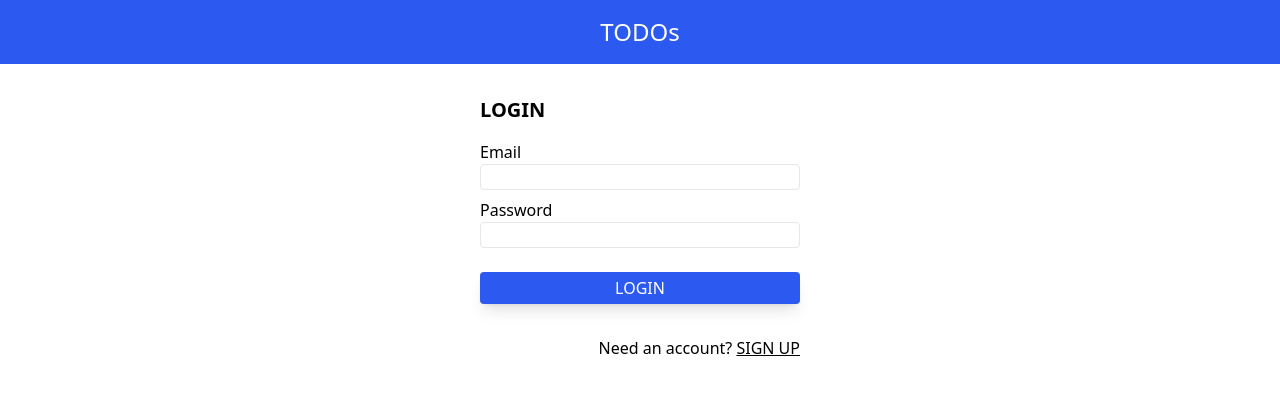
Repository: Jay-JYKim91/wanted-pre-onboarding-challenge-fe-1
Page: /auth
An editor plug-in stored every save of this project. The page is shown before and after the next save, followed by the edit.
The browser window is 1280 px wide. The pictures show the whole page.
The page's requests for data from a server got no answer. The project was rebuilt for these pictures with package versions that can differ from the ones it lists, and the page was loaded fresh each time. No one was signed in, and anything a server would have sent is missing. Also part of the build but not shown: src/page/Main.tsx.

Above is the page before, as saved 2022-08-02 14:53:45.

### src/index.tsx
import React from "react"
import ReactDOM from "react-dom/client"
import "./index.css"
import App from "./App"
import { BrowserRouter } from "react-router-dom"

const root = ReactDOM.createRoot(document.getElementById("root") as HTMLElement)
root.render(
  <React.StrictMode>
    <BrowserRouter>
      <App />
    </BrowserRouter>
  </React.StrictMode>
)

### src/App.tsx
import React, { useEffect, useState } from "react"
import { Route, Routes, useNavigate } from "react-router-dom"
import Auth from "./page/Auth"
import Main from "./page/Main"

// type UserToken = {
//   userToken: string | null
// }

function App() {
  const navigate = useNavigate()
  const userToken = window.localStorage.getItem("userToken")
  const [todos, setTodos] = useState([])

  useEffect(() => {
    if (userToken === "") {
      window.alert("Please login first.")
      navigate("/auth")
    } else {
      fetch("http://localhost:8080/todos", {
        method: "GET",
        headers: { Authorization: userToken! },
      })
        .then((response) => response.json())
        .then((res) => {
          setTodos(res.data)
        })
    }
  }, [])

  return (
    <div className="App">
      <header className="bg-primary-900 text-white text-center py-4 text-2xl">
        <span>TODOs</span>
      </header>
      <Routes>
        <Route path="/" element={<Main todos={todos} />} />
        <Route path="/auth" element={<Auth />} />
      </Routes>
    </div>
  )
}

export default App

### src/page/Auth.tsx
import React, { useEffect, useState } from "react"
import { useNavigate } from "react-router-dom"

type logInOrSignUp = "logIn" | "signUp"

function Auth() {
  const [logInOrSignUp, setLogInOrSignUp] = useState<logInOrSignUp>("logIn")
  const [emailInput, setEmailInput] = useState("")
  const [passwordInput, setPasswordInput] = useState("")
  const navigate = useNavigate()

  useEffect(() => {
    setEmailInput("")
    setPasswordInput("")
  }, [logInOrSignUp])

  function handleSubmit(event: React.FormEvent<HTMLFormElement>) {
    event.preventDefault()

    const emailRegex = /^[\w-\.]+@([\w-]+\.)+[\w-]{2,4}$/g

    if (!emailRegex.test(emailInput)) {
      window.alert("Please enter an email address.")
    } else {
      handleLogInOrSignUp()
    }
  }

  function handleLogInOrSignUp() {
    const data = {
      email: emailInput,
      password: passwordInput,
    }

    if (logInOrSignUp === "logIn") {
      fetch("http://localhost:8080/users/login", {
        method: "POST",
        headers: { "Content-Type": "application/json" },
        body: JSON.stringify(data),
      })
        .then((response) => response.json())
        .then((res) => {
          if (res.details === "로그인에 실패했습니다") {
            window.alert("Invalid email or password.")
          } else if (res.message === "성공적으로 로그인 했습니다") {
            window.localStorage.setItem("userToken", res.token)
            navigate("/")
          }
        })
    } else if (logInOrSignUp === "signUp") {
      fetch("http://localhost:8080/users/create", {
        method: "POST",
        headers: { "Content-Type": "application/json" },
        body: JSON.stringify(data),
      })
        .then((response) => response.json())
        .then((res) => {
          if (res.details === "이미 존재하는 유저입니다") {
            window.alert("This email address is already registered.")
          } else if (res.message === "계정이 성공적으로 생성되었습니다") {
            window.alert("Thanks for signing up. You can login now.")
            setLogInOrSignUp("logIn")
          }
        })
    }
  }

  return (
    <div>
      <div className="max-w-xs m-auto my-8">
        <h1 className="font-bold text-xl uppercase">{logInOrSignUp}</h1>
        <form className="my-4" onSubmit={(event) => handleSubmit(event)}>
          <div className="flex flex-col mb-2">
            <label htmlFor="emailForLogin">Email</label>
            <input
              type="email"
              id="emailForLogin"
              className="border rounded"
              value={emailInput}
              onChange={(event) => setEmailInput(event.target.value)}
              required
            />
          </div>
          <div className="flex flex-col mb-2">
            <label htmlFor="passwordForLogin">Password</label>
            <input
              type="password"
              id="passwordForLogin"
              className="border rounded"
              value={passwordInput}
              onChange={(event) => setPasswordInput(event.target.value)}
              minLength={8}
              required
            />
          </div>
          <button
            type="submit"
            className="w-full py-1 my-4 uppercase rounded bg-primary-900 text-white shadow-lg"
          >
            {logInOrSignUp}
          </button>
        </form>
        {logInOrSignUp === "logIn" ? (
          <p className="text-right">
            Need an account?{" "}
            <button
              type="button"
              className="underline"
              onClick={() => setLogInOrSignUp("signUp")}
            >
              SIGN UP
            </button>
          </p>
        ) : (
          <p className="text-right">
            Already a user?{" "}
            <button
              type="button"
              className="underline"
              onClick={() => setLogInOrSignUp("logIn")}
            >
              LOGIN
            </button>
          </p>
        )}
      </div>
    </div>
  )
}

export default Auth

### tailwind.config.js
/** @type {import('tailwindcss').Config} */
module.exports = {
  content: [
    "./src/**/*.{js,jsx,ts,tsx}",
  ],
  theme: {
    extend: {
      colors: {
        'primary': {
          100: '#47dfbc',
          500: '#428afe',
          900: '#2c5af1',
        }
      },
    },
  },
  plugins: [],
}

Loaded but not shown: public/index.html (common file); src/index.css (common file)

After the next save:
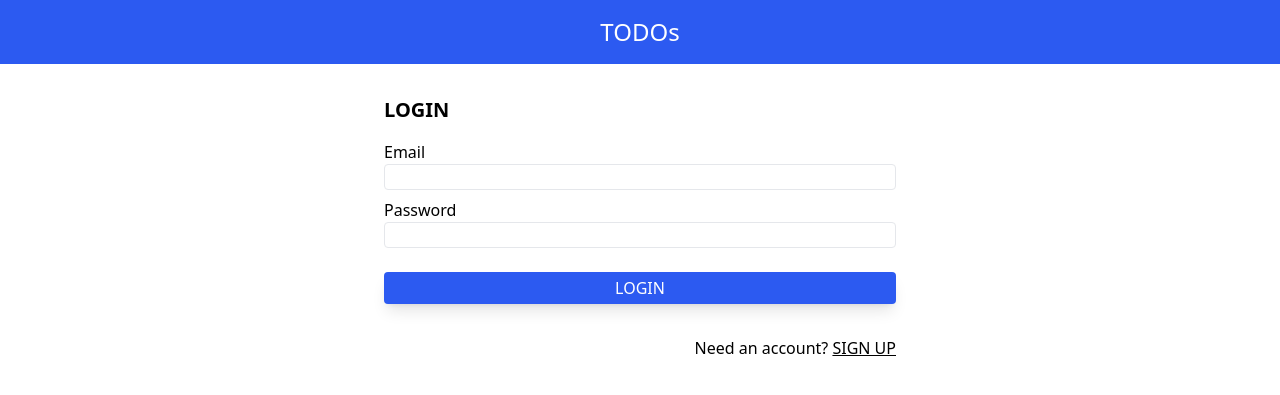
Saved 6 min 11 s later.
--- a/src/page/Auth.tsx
+++ b/src/page/Auth.tsx
@@ -67,7 +67,7 @@
 
   return (
     <div>
-      <div className="max-w-xs m-auto my-8">
+      <div className="max-w-lg m-auto my-8">
         <h1 className="font-bold text-xl uppercase">{logInOrSignUp}</h1>
         <form className="my-4" onSubmit={(event) => handleSubmit(event)}>
           <div className="flex flex-col mb-2">

After the save that followed:
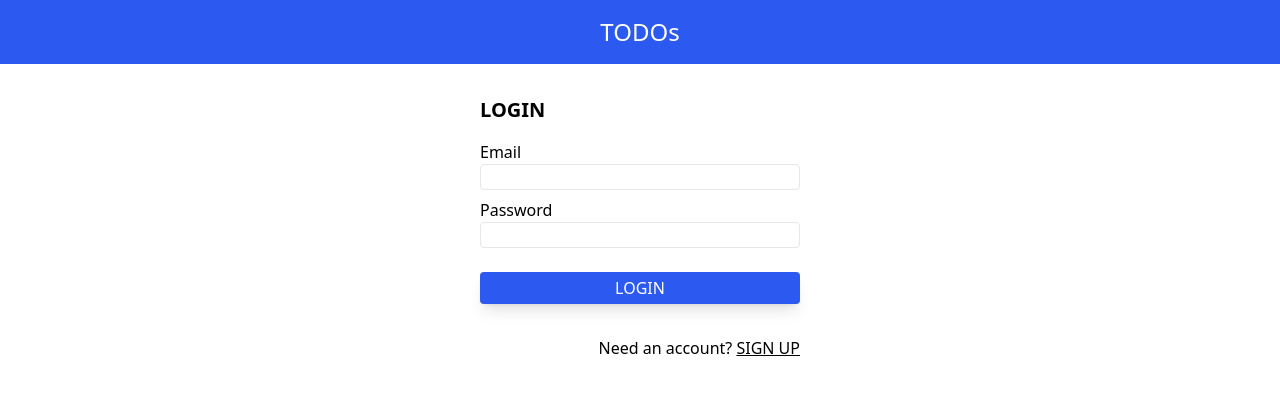
Saved 21 s later.
--- a/src/page/Auth.tsx
+++ b/src/page/Auth.tsx
@@ -67,7 +67,7 @@
 
   return (
     <div>
-      <div className="max-w-lg m-auto my-8">
+      <div className="max-w-xs m-auto my-8">
         <h1 className="font-bold text-xl uppercase">{logInOrSignUp}</h1>
         <form className="my-4" onSubmit={(event) => handleSubmit(event)}>
           <div className="flex flex-col mb-2">
